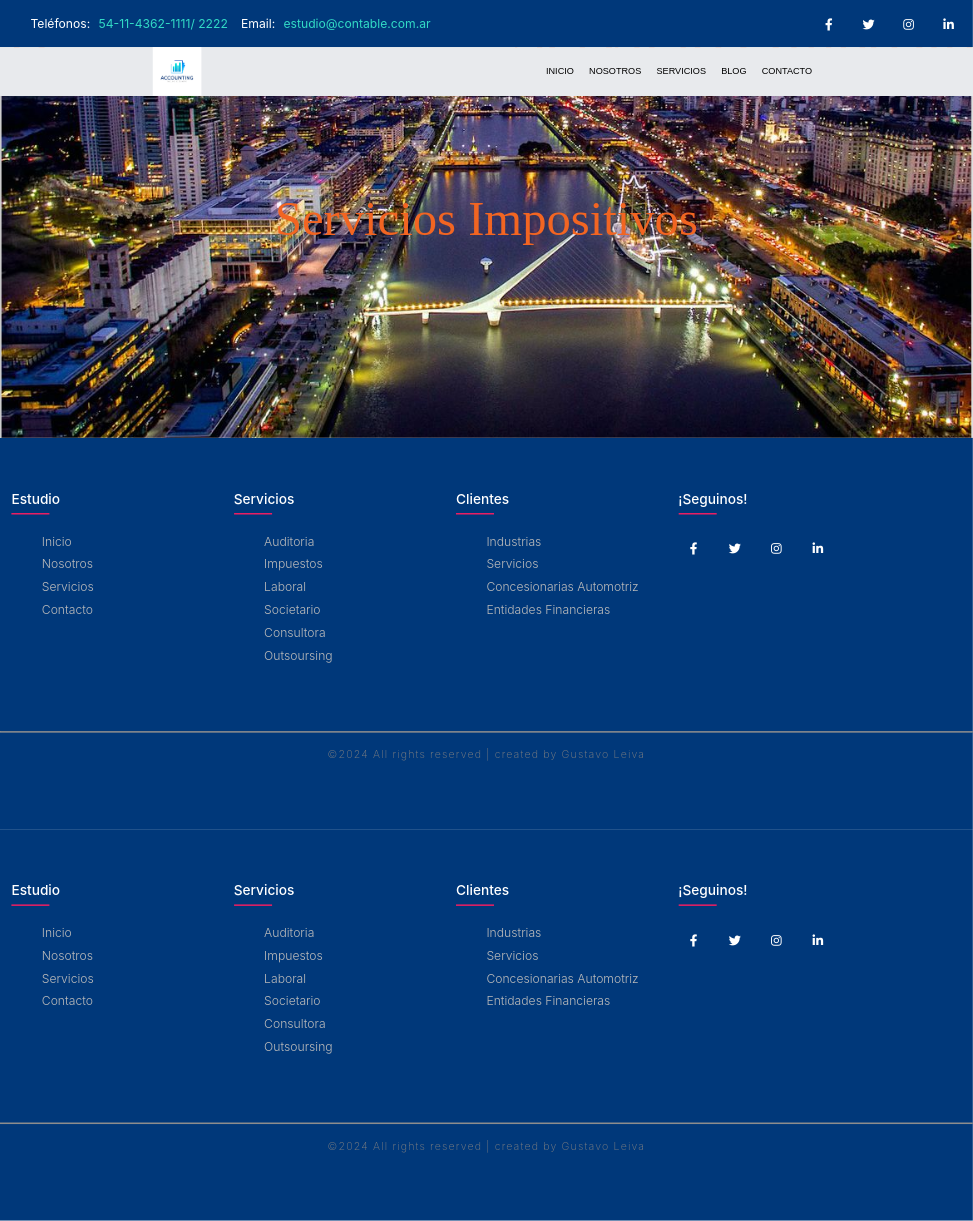
Repository: Gustavo-Leiva/estudioContable
Page: index.html
These files come from the project's save history. The page is drawn as it stood at one moment and after the next save; the edit follows.
The browser window is 1280 px wide. The pictures show the whole page, at 76% of full size.
Some web libraries are served in a nearby version.

Above is the page before, as saved 2025-01-31 17:49:06.

After the next save:
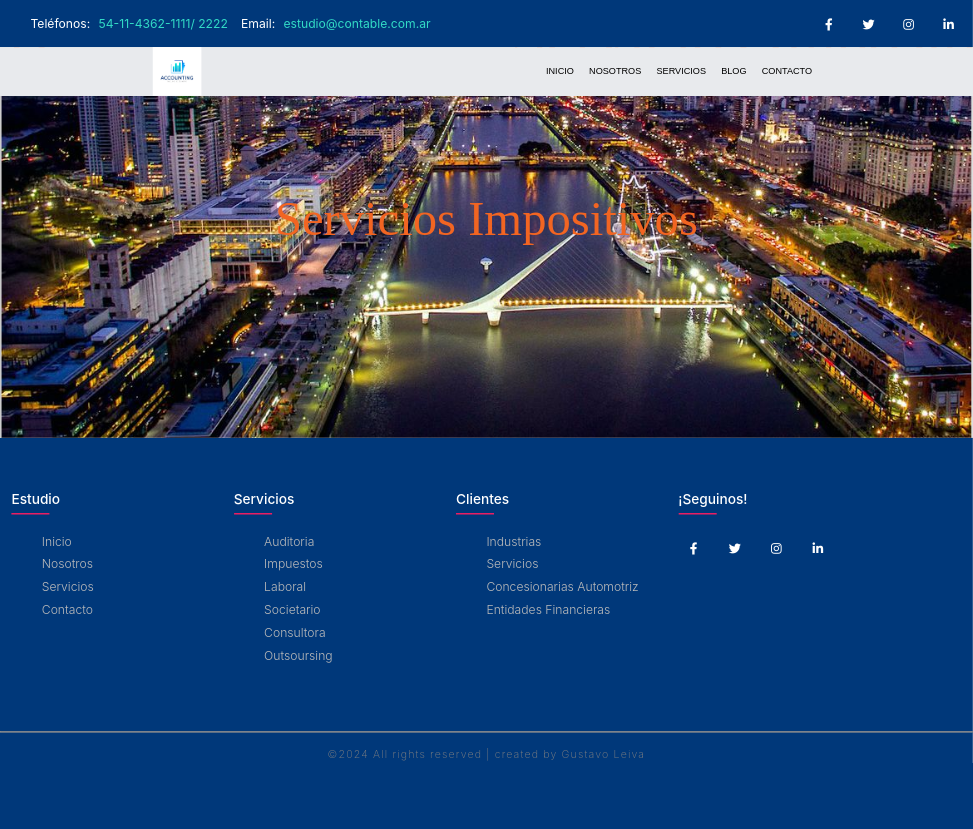
Saved 51 s later.
--- a/index.html
+++ b/index.html
@@ -147,6 +147,6 @@
     <div id="footer"></div>
 
     <!-- Carga del script -->
-    <script src="loadFooter.js"></script>
+    <!-- <script src="loadFooter.js"></script> -->
 </body>
 </html>
